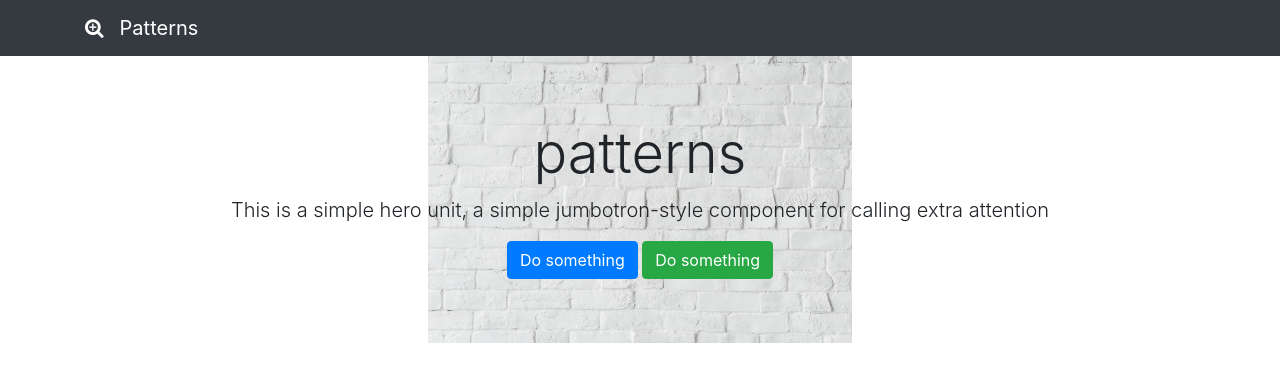
Repository: Mietlicha/patterns
Page: index.html
An editor plug-in stored every save of this project. The page is shown before and after the next save, followed by the edit.
The browser window is 1280 px wide. The pictures show the whole page.

Above is the page before, as saved 2019-10-24 11:24:05.

### index.html
<!DOCTYPE html>
<html lang="en">

<head>
    <meta charset="UTF-8">
    <meta name="viewport" content="width=device-width, initial-scale=1.0">
    <meta http-equiv="X-UA-Compatible" content="ie=edge">
    <title>Document</title>
    <link rel="stylesheet" href="style.css">
    <link rel="stylesheet" href="https://stackpath.bootstrapcdn.com/bootstrap/4.3.1/css/bootstrap.min.css"
        integrity="sha384-ggOyR0iXCbMQv3Xipma34MD+dH/1fQ784/j6cY/iJTQUOhcWr7x9JvoRxT2MZw1T" crossorigin="anonymous">
    <link rel="stylesheet" href="https://cdnjs.cloudflare.com/ajax/libs/font-awesome/4.7.0/css/font-awesome.min.css">

</head>

<body>
    <nav class="navbar navbar-dark bg-dark">
        <div class="container"><a class="navbar-brand" href="#"><i class="fa fa-search-plus mr-3" aria-hidden="true"></i>Patterns</a></div>
    </nav>
    <article>
    <section id="header" class="jumbotron">
        <div class="container text-center">
            <h1 class="display-4">patterns</h1>
            <p class="lead">This is a simple hero unit, a simple jumbotron-style component for calling extra attention</p>
            <a href="#" class="btn btn-primary">Do something</a>
            <a href="#" class="btn btn-success">Do something</a>
            </div>
            </section>
        </article>


    <script src="https://code.jquery.com/jquery-3.3.1.slim.min.js"
        integrity="sha384-q8i/X+965DzO0rT7abK41JStQIAqVgRVzpbzo5smXKp4YfRvH+8abtTE1Pi6jizo"
        crossorigin="anonymous"></script>
    <script src="https://cdnjs.cloudflare.com/ajax/libs/popper.js/1.14.7/umd/popper.min.js"
        integrity="sha384-UO2eT0CpHqdSJQ6hJty5KVphtPhzWj9WO1clHTMGa3JDZwrnQq4sF86dIHNDz0W1"
        crossorigin="anonymous"></script>
    <script src="https://stackpath.bootstrapcdn.com/bootstrap/4.3.1/js/bootstrap.min.js"
        integrity="sha384-JjSmVgyd0p3pXB1rRibZUAYoIIy6OrQ6VrjIEaFf/nJGzIxFDsf4x0xIM+B07jRM"
        crossorigin="anonymous"></script>
</body>

</html>

### style.css
#header{
    background: url(imgs/header.jpeg) center/contain no-repeat;
}

After the next save:
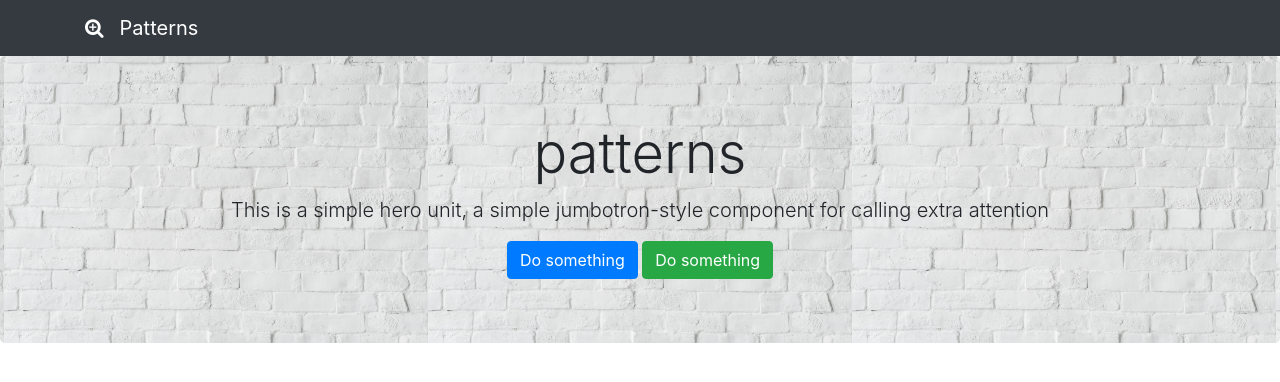
Saved 27 s later.
--- a/style.css
+++ b/style.css
@@ -1,3 +1,3 @@
 #header{
-    background: url(imgs/header.jpeg) center/contain no-repeat;
+    background: url(imgs/header.jpeg) center/contain repeat;
 }
